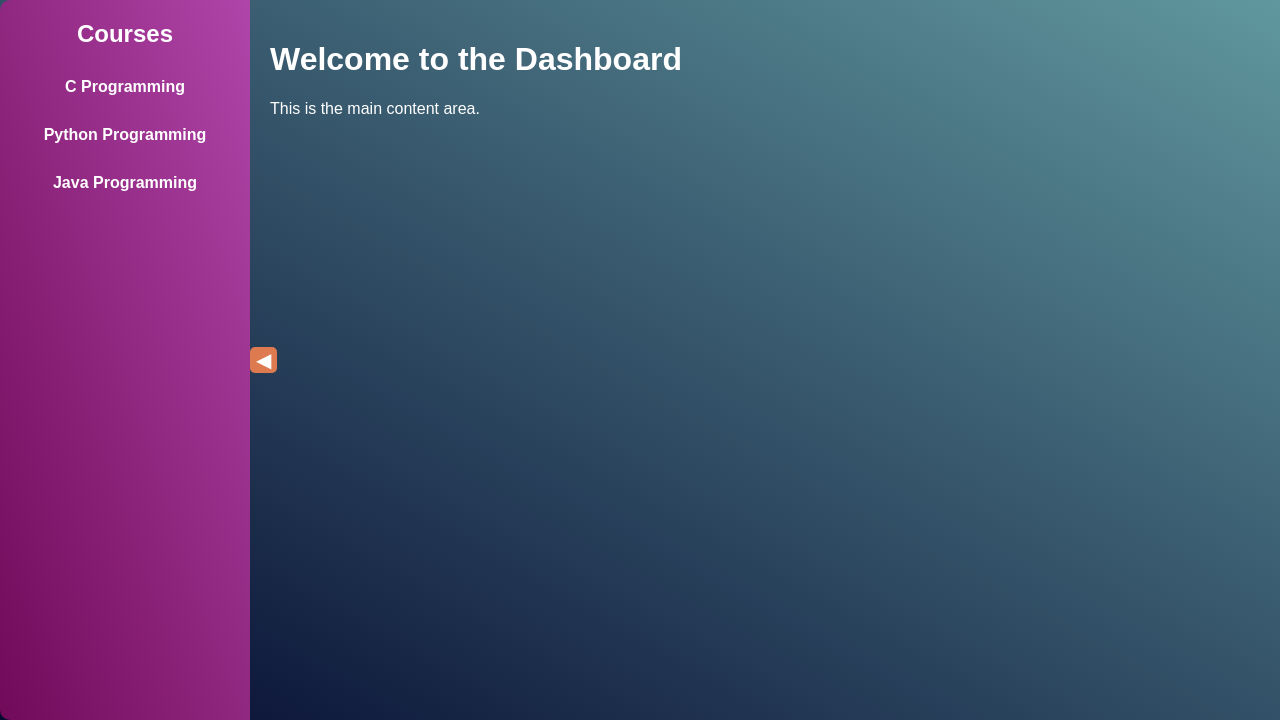
Repository: RishitSharma88/SeaGro
Page: templates/learningcourses.html
These files come from the project's save history. The page is drawn as it stood at one moment and after the next save; the edit follows.
The browser window is 1280 px wide. The pictures show the whole page.
The template is drawn by Flask 3. The application's start-up code is not run. Other server files are loaded and not shown. The template is opened directly, without the code that normally fills it, so the values that code supplies are empty.

Above is the page before, as saved 2024-12-27 14:50:05.

### templates/learningcourses.html
<!DOCTYPE html>
<html lang="en">
<head>
    <meta charset="UTF-8">
    <meta name="viewport" content="width=device-width, initial-scale=1.0">
    <title>Create New Password</title>
    <style>
        body {
            margin: 0;
            padding: 0;
            font-family: 'Arial', sans-serif;
            background: linear-gradient(to bottom left, #60979e, #050a30);
            color: #FFFFFF;
            display: flex;
            height: 100vh;
            overflow: hidden;
        }

        .sidebar {
            background: linear-gradient(to bottom left, #af45a8, #710a59);
            color: #ffff;
            width: 250px;
            height: 100%;
            border-radius: 10px 0 0 10px;
            overflow: auto;
            display: flex;
            flex-direction: column;
            align-items: center;
            position: fixed;
            left: 0;
            top: 0;
            transition: transform 0.3s ease;
        }

        .sidebar.collapsed {
            transform: translateX(-250px);
        }

        .h {
            font-size: 24px;
            font-weight: bold;
            text-align: center;
            margin: 20px 0;
        }

        .side-links {
            display: flex;
            flex-direction: column;
            gap: 10px;
            width: 100%;
            padding: 0 10px;
        }

        .side-links a {
            text-decoration: none;
            color: #fff;
            font-size: 1rem;
            font-weight: bold;
            padding: 10px;
            border-radius: 5px;
            text-align: center;
            transition: background-color 0.3s ease;
        }

        .side-links a:hover {
            background-color: rgba(255, 255, 255, 0.2);
        }

        .toggle-btn {
            position: fixed;
            top: 50%;
            left: 250px; /* Start next to the sidebar */
            transform: translateY(-50%);
            background: #de7a50;
            color: #fff;
            border: none;
            border-radius: 5px;
            font-size: 20px;
            cursor: pointer;
            transition: left 0.3s ease;
        }

        .toggle-btn.collapsed {
            left: 0; /* Stick to the left edge when sidebar is collapsed */
        }

        .main-content {
            margin-left: 250px;
            flex: 1;
            padding: 20px;
            transition: margin-left 0.3s ease;
        }

        .sidebar.collapsed + .main-content {
            margin-left: 0;
        }
    </style>
</head>
<body>
    <div class="sidebar">
        <h1 class="h">Courses</h1>
        <div class="side-links">
            <a href="coursetemp.html">C Programming</a>
            <a href="coursetemp.html">Python Programming</a>
            <a href="coursetemp.html">Java Programming</a>
        </div>
    </div>
    <button class="toggle-btn">&#9664;</button> <!-- Left arrow -->

    <div class="main-content">
        <h1>Welcome to the Dashboard</h1>
        <p>This is the main content area.</p>
    </div>

    <script>
        const sidebar = document.querySelector('.sidebar');
        const toggleBtn = document.querySelector('.toggle-btn');

        toggleBtn.addEventListener('click', () => {
            sidebar.classList.toggle('collapsed');
            toggleBtn.classList.toggle('collapsed');

            // Change the arrow direction
            toggleBtn.innerHTML = sidebar.classList.contains('collapsed') ? '&#9654;' : '&#9664;';
        });
    </script>
</body>
</html>

After the next save:
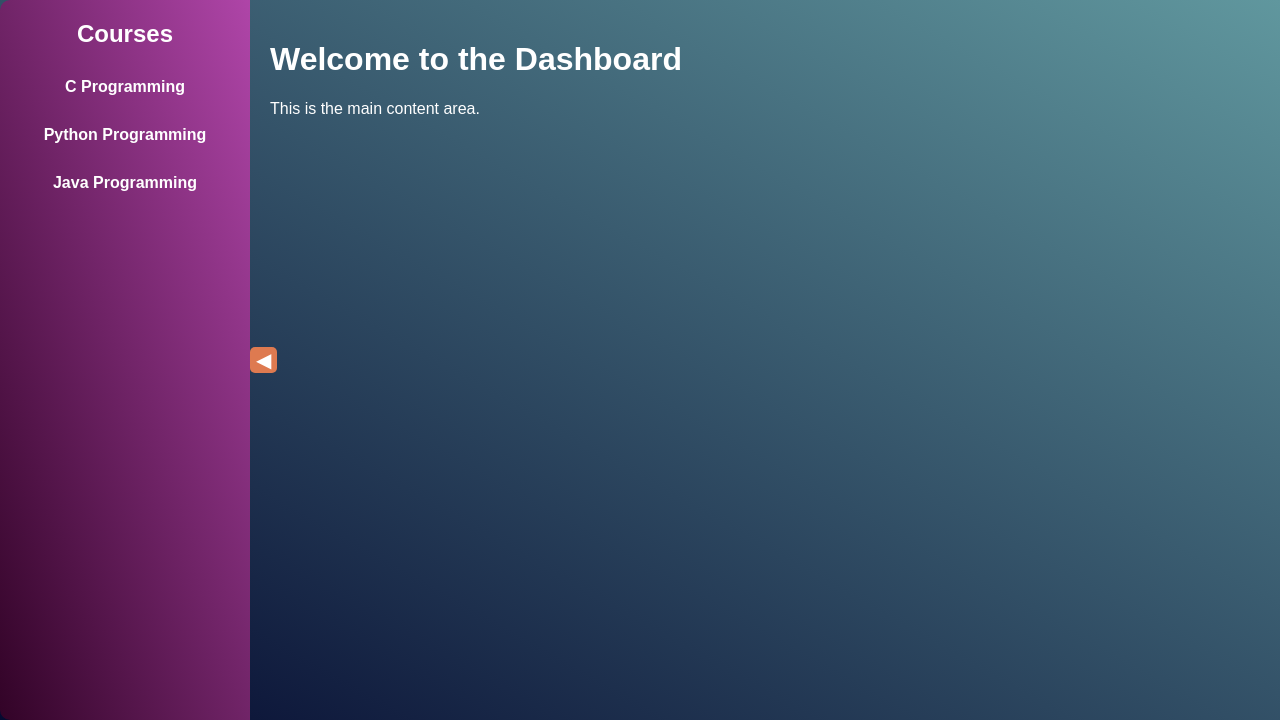
Saved 27 s later.
--- a/templates/learningcourses.html
+++ b/templates/learningcourses.html
@@ -17,7 +17,7 @@
         }
 
         .sidebar {
-            background: linear-gradient(to bottom left, #af45a8, #710a59);
+            background: linear-gradient(to bottom left, #af45a8, #320327);
             color: #ffff;
             width: 250px;
             height: 100%;
